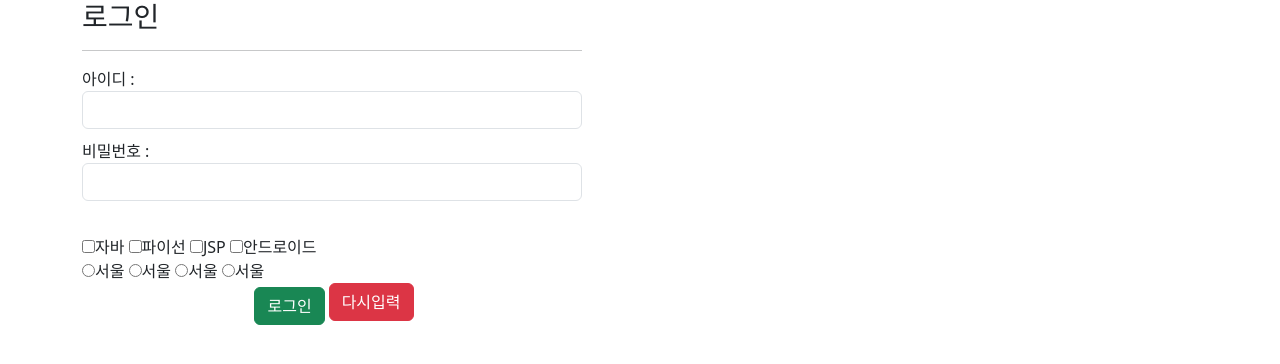
Repository: papepopopy/javascript
Page: http://localhost/webjsp/ex01/sample02/login.jsp
These files come from the project's save history. The page is drawn as it stood at one moment and after the next save; the edit follows.
The browser window is 1280 px wide. The pictures show the whole page.
The page is served by Tomcat 9. Nobody is signed in. The application's start-up code is not run. Other server files are loaded and not shown.

Above is the page before, as saved 2024-06-26 03:38:57.

### jspStudy/jspStudy/webjsp/src/main/webapp/ex01/sample02/login.jsp
<%@ page language="java" contentType="text/html; charset=UTF-8"
    pageEncoding="UTF-8"%>
<!DOCTYPE html>
<html>
<head>
<meta charset="UTF-8">
<title>클라이언트 로그인 View Page</title>
<link href="https://cdn.jsdelivr.net/npm/bootstrap@5.3.3/dist/css/bootstrap.min.css" rel="stylesheet" integrity="sha384-QWTKZyjpPEjISv5WaRU9OFeRpok6YctnYmDr5pNlyT2bRjXh0JMhjY6hW+ALEwIH" crossorigin="anonymous">
<style>
	.login {
		width: 500px;
	}
	.login div {
		margin-bottom: 10px;
	}
</style>
</head>
<body>
	<div class="container">
		<div class="login">
			<h3>로그인</h3>
		    <hr>
		    <form action="/webjsp/login" method="post">
		    	<div>
			    	<label>아이디 : </label>
			    	<input type="text" name="user_id" class="form-control">
		    	</div>
		    	<div>
			    	<label>비밀번호 : </label>
			    	<input type="password" name="user_pw" class="form-control">
		    	</div>

		    	<br>

		    	<input type="checkbox" name="subject" class="" value="java">자바
		    	<input type="checkbox" name="subject" class="" value="python">파이선
		    	<input type="checkbox" name="subject" class="" value="jsp">JSP
		    	<input type="checkbox" name="subject" class="" value="android">안드로이드
		    	<br>
		    	<input type="radio" name="address" value="서울">서울
		    	<input type="radio" name="address" value="서울">서울
		    	<input type="radio" name="address" value="서울">서울
		    	<input type="radio" name="address" value="서울">서울

		    	<div class = "d-flex justify-content-center" >

			    	<div>
			    		<input type="submit" value="로그인" class="btn btn-success m-1">
			    	</div>
			    	<div>
			    		<input type="reset" value="다시입력" class="btn btn-danger">
			    	</div>
		    	</div>
		    </form>
		</div>
	</div>
<script src="https://cdn.jsdelivr.net/npm/bootstrap@5.3.3/dist/js/bootstrap.bundle.min.js" integrity="sha384-YvpcrYf0tY3lHB60NNkmXc5s9fDVZLESaAA55NDzOxhy9GkcIdslK1eN7N6jIeHz" crossorigin="anonymous"></script>
</body>
</html>

After the next save:
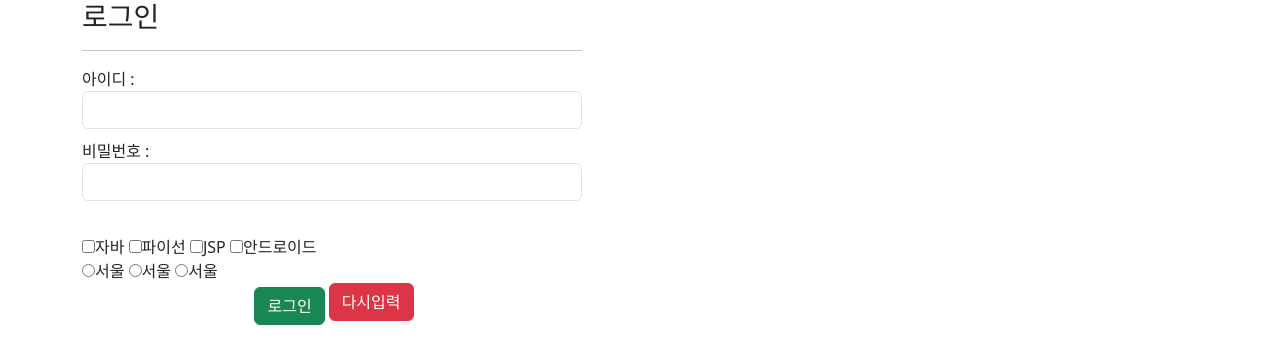
Saved 3 s later.
--- a/jspStudy/jspStudy/webjsp/src/main/webapp/ex01/sample02/login.jsp
+++ b/jspStudy/jspStudy/webjsp/src/main/webapp/ex01/sample02/login.jsp
@@ -40,7 +40,6 @@
 		    	<input type="radio" name="address" value="서울">서울
 		    	<input type="radio" name="address" value="서울">서울
 		    	<input type="radio" name="address" value="서울">서울
-		    	<input type="radio" name="address" value="서울">서울
 
 		    	<div class = "d-flex justify-content-center" >
 
